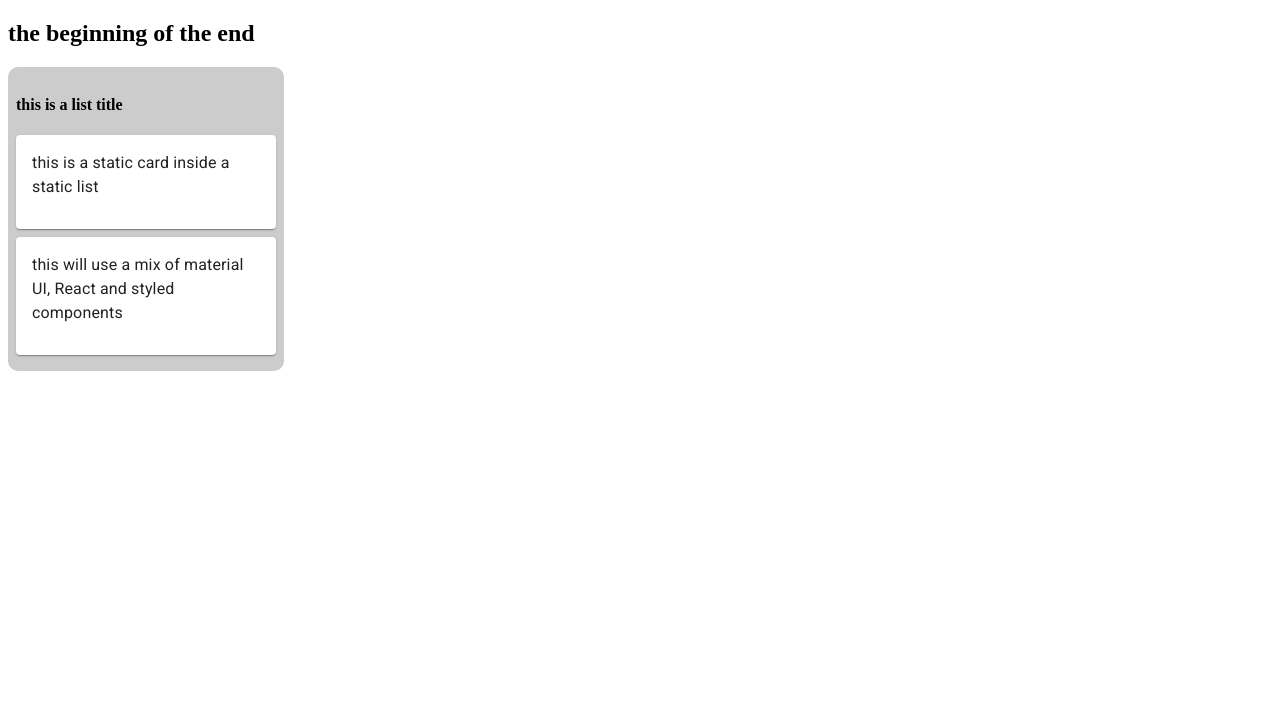
Repository: DesterStorm/Crello
Page: /
The author's editor kept a copy of each file at every save. The page is drawn from the files as they stood at one save, then again after the next save.
The browser window is 1280 px wide. The pictures show the whole page.
The project was rebuilt for these pictures with package versions that can differ from the ones it lists, and the page was loaded fresh each time.

Above is the page before, as saved 2020-05-12 15:00:08.

### src/index.js
import React from 'react';
import ReactDOM from 'react-dom';
import { Provider } from "react-redux"
import store from './store'
import App from './components/App';
import * as serviceWorker from './serviceWorker';

ReactDOM.render(
  <Provider store={store}>
    <App />
  </Provider>,
  document.getElementById('root')
);

// If you want your app to work offline and load faster, you can change
// unregister() to register() below. Note this comes with some pitfalls.
// Learn more about service workers: https://bit.ly/CRA-PWA
serviceWorker.unregister();

### src/store/index.js
import { createStore } from 'redux'
import rootReducer from '../reducers'



const store = createStore(rootReducer)

export default store

### src/components/App.js
import React, { Component } from 'react';
import CrelloList from './CrelloList'
import { connect } from 'react-redux'

class App extends Component {
  render () {
    const { lists } =  this.props
    return (
      <div className="App">
        <h2>the beginning of the end</h2>
        { lists.map(list => (
          <CrelloList title={list.title} cards={list.cards} />
        ))}
      </div>
    );
  }
}

const mapStateToProps = state => ({
  lists: state.lists
})

export default connect(mapStateToProps)(App);

### src/reducers/index.js
import {combineReducers} from 'redux'
import listsReducer from './listsReducer'

export default combineReducers({
  lists: listsReducer
})

### src/components/CrelloList.js
import React from 'react'
import CrelloCard from './CrelloCard'

const CrelloList = ({title, cards}) => {
  return (
    <div style={styles.container}>
    <h4>{title}</h4>
    { cards.map(card => (
      <CrelloCard text={card.text} />
      ))}
    </div>
  )
}

const styles = {
  container: {
    backgroundColor: '#ccc',
    borderRadius: 10,
    width: 260,
    padding: 8
  }
}

export default CrelloList

### src/reducers/listsReducer.js

const initialState = [
  {
    title: 'this is a list title',
    id: 0,
    cards: [
      {
        id: 0,
        text: 'this is a static card inside a static list'
      },
      {
        id: 1,
        text: 'this will use a mix of material UI, React and styled components'
      }
    ]
  }
]

const listsReducer = (state = initialState, action) => {
  switch (action.type) {
    default:
      return state
  }
}

export default listsReducer

### src/components/CrelloCard.js
import React from 'react'
import Card from '@material-ui/core/Card';
import Typography from '@material-ui/core/Typography';
import CardContent from '@material-ui/core/CardContent';

const CrelloCard = ({text}) => {
  return(
    <Card style={styles.cardContainer}>
      <CardContent>
        <Typography gutterBottom>
          {text}
        </Typography>
      </CardContent>
    </Card>
  )
}

const styles = {
  cardContainer: {
    marginBottom: 8
  }
}

export default CrelloCard

Loaded but not shown: public/index.html (common file); src/serviceWorker.js (common file)

After the next save:
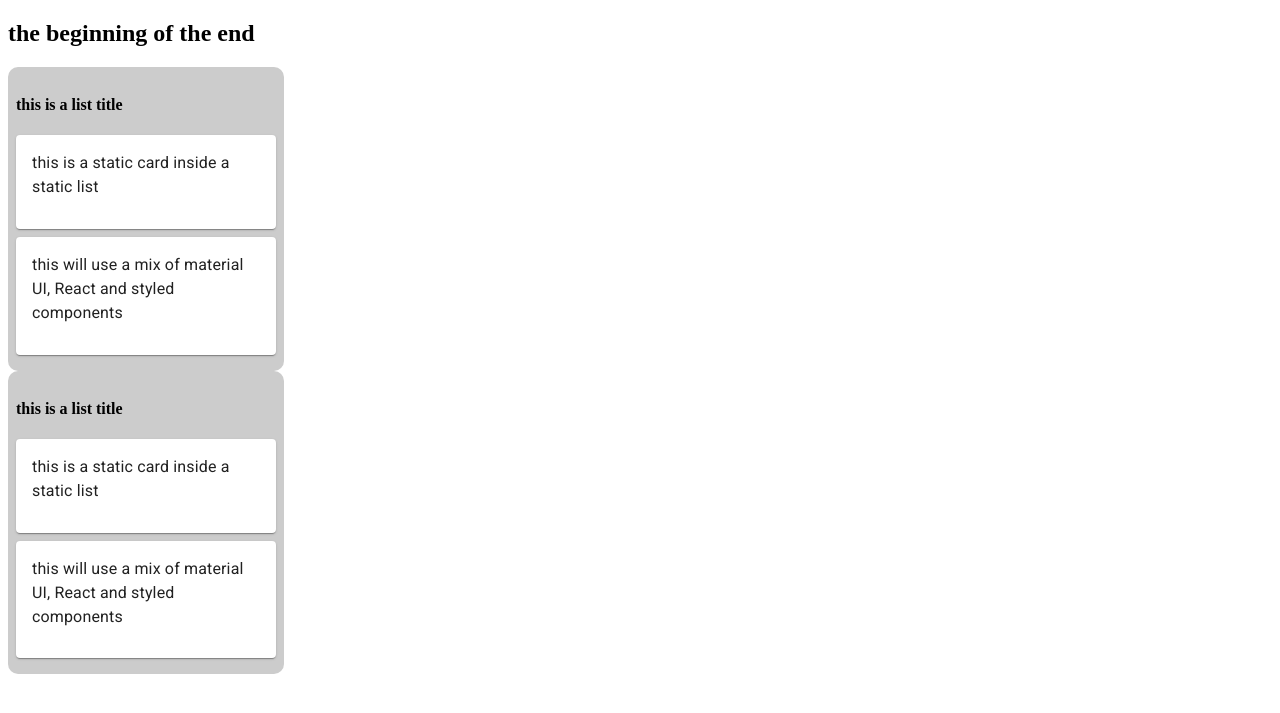
Saved 11 min 8 s later.
--- a/src/reducers/listsReducer.js
+++ b/src/reducers/listsReducer.js
@@ -1,5 +1,19 @@
 
 const initialState = [
+  {
+    title: 'this is a list title',
+    id: 0,
+    cards: [
+      {
+        id: 0,
+        text: 'this is a static card inside a static list'
+      },
+      {
+        id: 1,
+        text: 'this will use a mix of material UI, React and styled components'
+      }
+    ]
+  },
   {
     title: 'this is a list title',
     id: 0,
